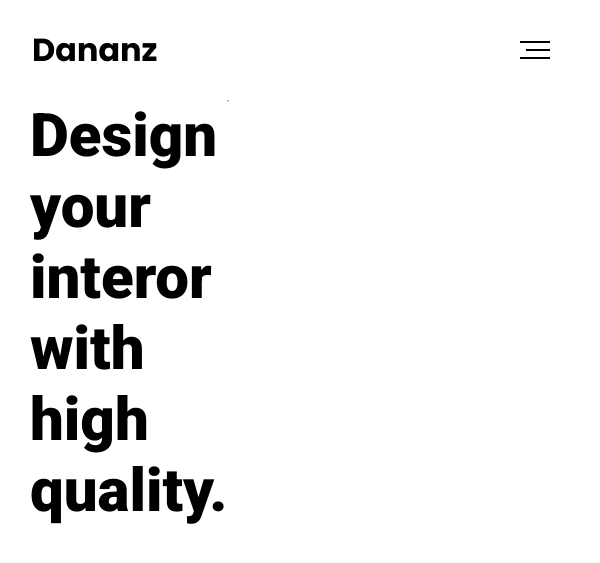
Repository: AsadKasimov/disain
Page: index.html
The author's editor kept a copy of each file at every save. The page is drawn from the files as they stood at one save, then again after a run of saves.
The browser window is 600 px wide. The pictures show the whole page.

Above is the page before, as saved 2023-04-20 01:16:55.

After the next 6 saves:
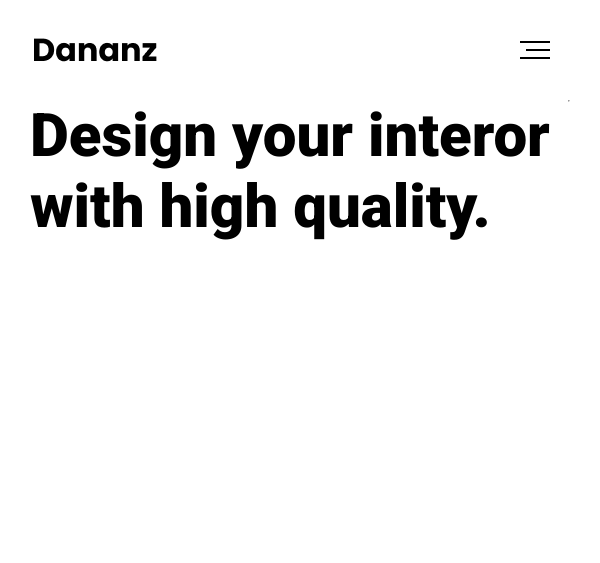
The 6 saves are shown as one change because they came seconds apart.
The last was saved 19 s later.
--- a/style.css
+++ b/style.css
@@ -147,7 +147,7 @@
     display: flex;
     justify-content: flex-start;
     padding: 0 30px;
-    width: 200px;
+    width: 600px;
   }
 
   .burger { display: flex }

After the save that followed:
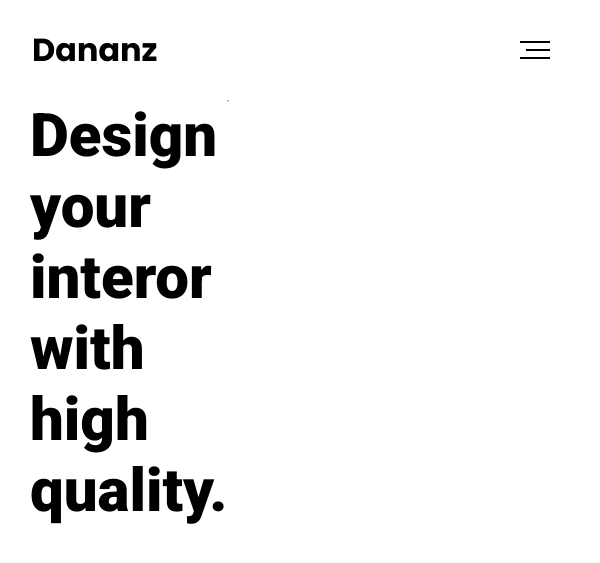
Saved 5 s later.
--- a/style.css
+++ b/style.css
@@ -147,7 +147,7 @@
     display: flex;
     justify-content: flex-start;
     padding: 0 30px;
-    width: 600px;
+    width: 200px;
   }
 
   .burger { display: flex }
